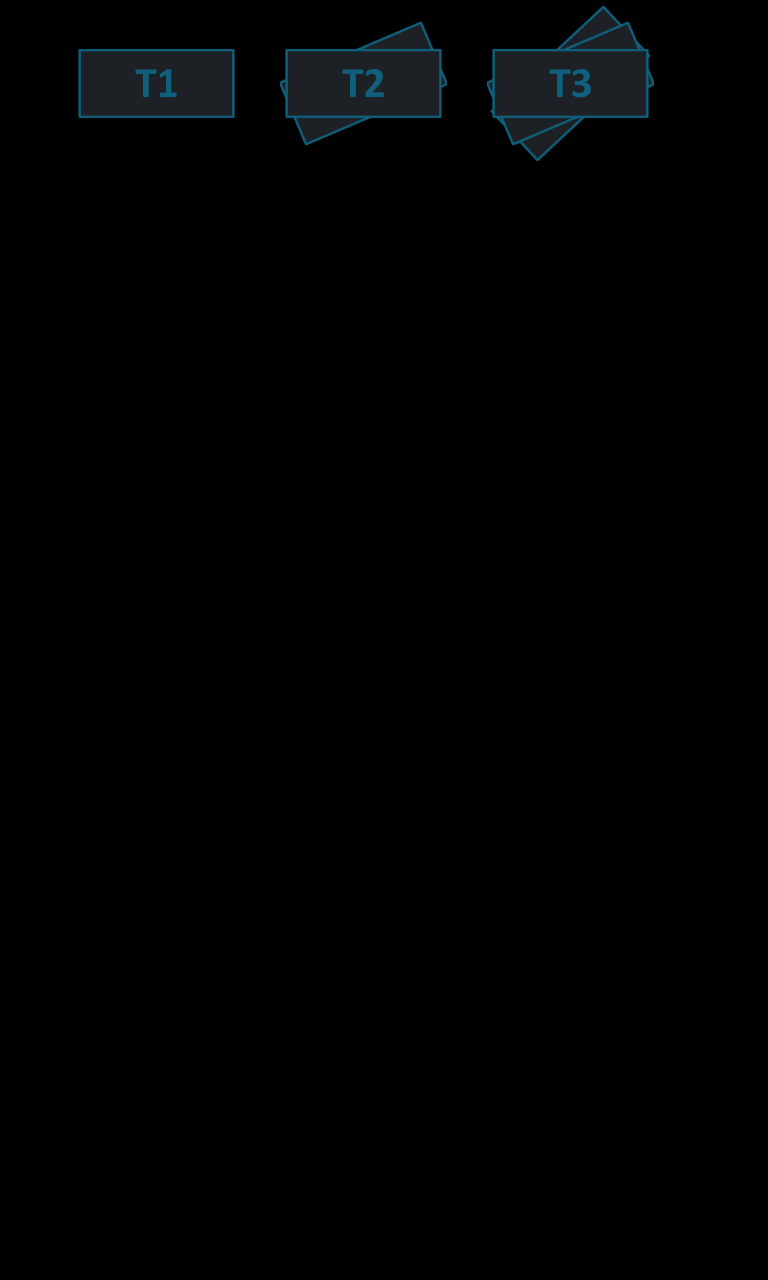
Repository: Nelspike/BusTicketer
Layout: PassengerMode/res/layout/fragment_show_tickets.xml
An editor plug-in stored every save of this project. The layout is shown before and after the next save, followed by the edit.
It is drawn on a 768 x 1280 px phone screen (xhdpi) without system bars, with theme AppTheme; the app's code is not run.

Above is the layout before, as saved 2013-10-19 19:59:17.

After the next save:
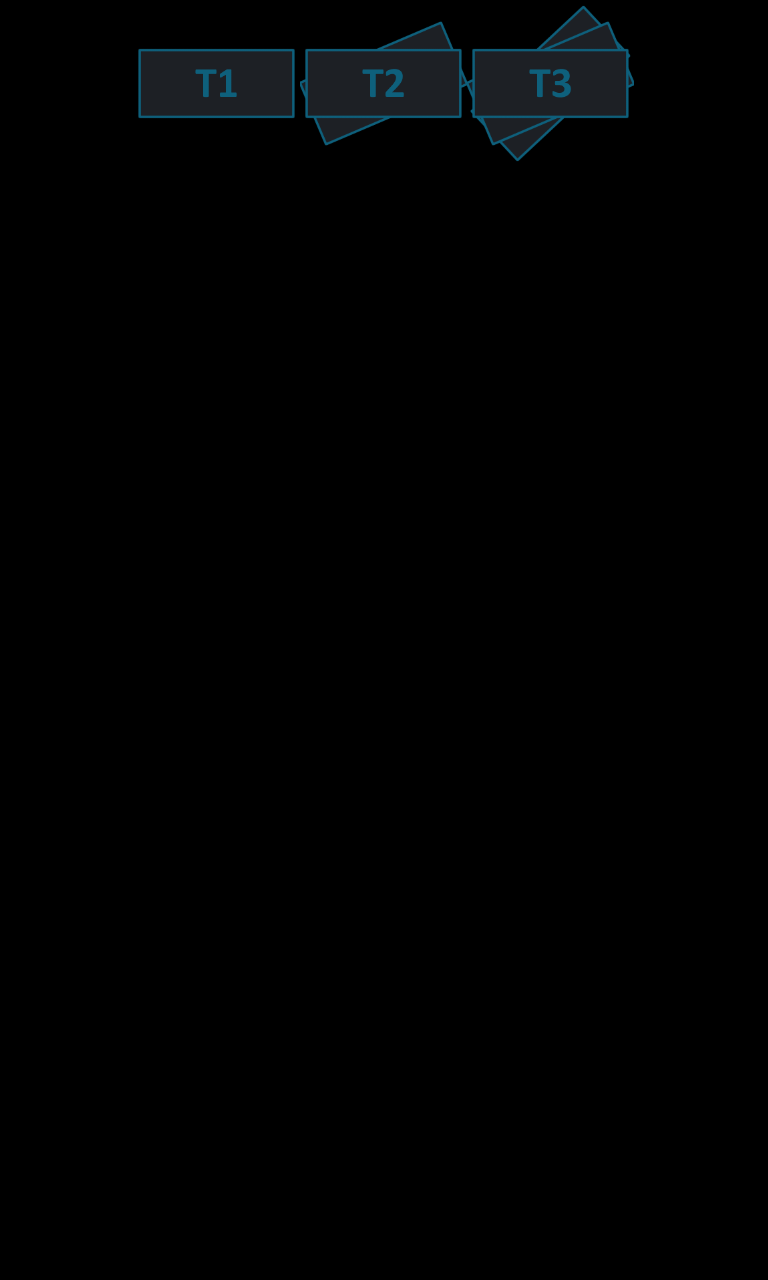
Saved 63 s later.
--- a/PassengerMode/res/layout/fragment_show_tickets.xml
+++ b/PassengerMode/res/layout/fragment_show_tickets.xml
@@ -11,16 +11,13 @@
 	    android:gravity="center">
 
 	    <RadioButton
-	        android:button="@drawable/t1"
-	        android:padding="10dp"/>
+	        android:button="@drawable/t1"/>
 
 	    <RadioButton
-	        android:button="@drawable/t2"
-	        android:padding="10dp"/>
+	        android:button="@drawable/t2"/>
 
 	    <RadioButton
-	        android:button="@drawable/t3"
-	        android:padding="10dp"/>
+	        android:button="@drawable/t3"/>
 
 	</RadioGroup>
 
